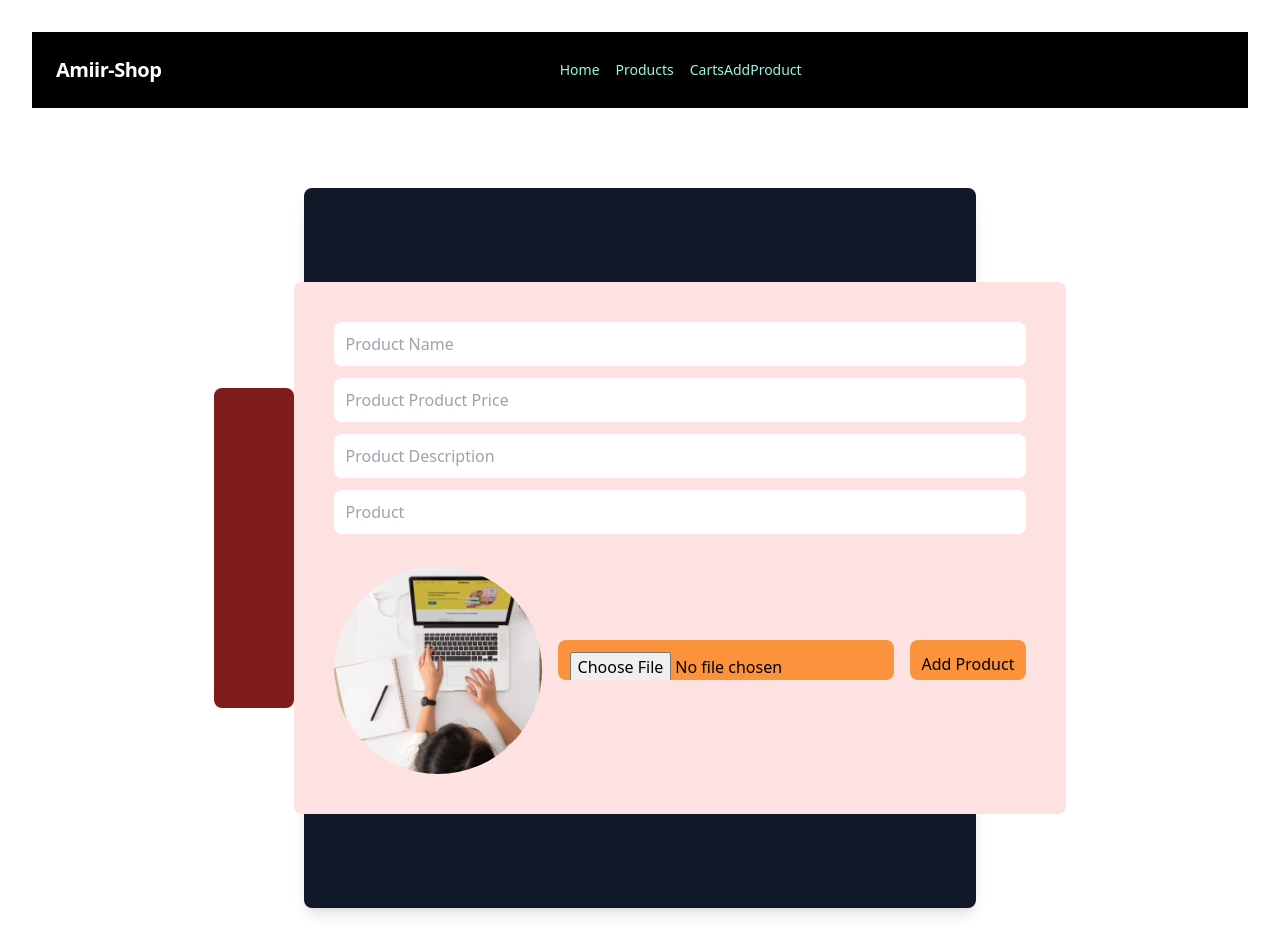
Repository: ENG-AMIIR-MUSE/ECommerce-app-using-react
Page: /addProducts
The author's editor kept a copy of each file at every save. The page is drawn from the files as they stood at one save, then again after a run of saves.
The browser window is 1280 px wide. The pictures show the whole page.
The page's requests for data from a server got no answer. The project was rebuilt for these pictures with package versions that can differ from the ones it lists, and the page was loaded fresh each time. No one was signed in, and anything a server would have sent is missing. Also part of the build but not shown: vite.config.js, src/Components/productList.js, src/Components/productCard.js.

Above is the page before, as saved 2023-06-24 19:55:59.

After the next 2 saves:
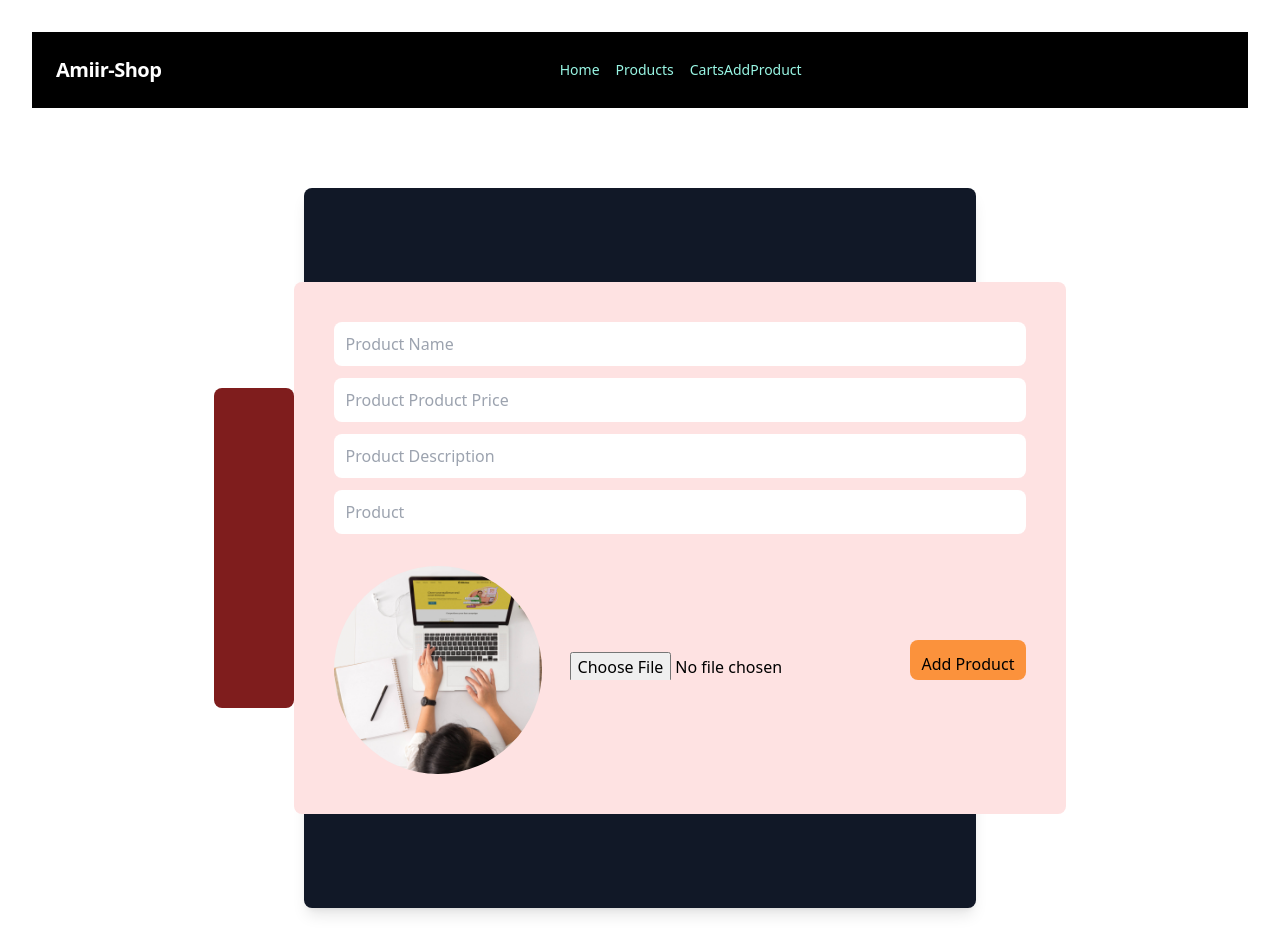
The 2 saves are shown as one change because they came seconds apart.
The last was saved 31 s later.
--- a/src/Components/AddProduct.jsx
+++ b/src/Components/AddProduct.jsx
@@ -17,7 +17,7 @@ const  AddProduct = ()=>{
            <input type="text" placeholder="Product"className="w-full rounded-lg h-11 pl-3 "/>
            <div className="flex felx-row items-center justify-center space-x-4">
              <img src={reactsvg} alt="" className="rounded-full w-52 h-52 mt-5  max-w-md  object-cover object-center bg-yellow-900" />
-             <input type="file" className = "rounded-lg bg-orange-400 p-3 h-10 "/>
+             <input type="file" className = "rounded-lg p-3 h-10 "/>
              <input type="submit" className = "rounded-lg bg-orange-400 p-3 h-10 "value="Add Product"/>
            </div>
           </form>
